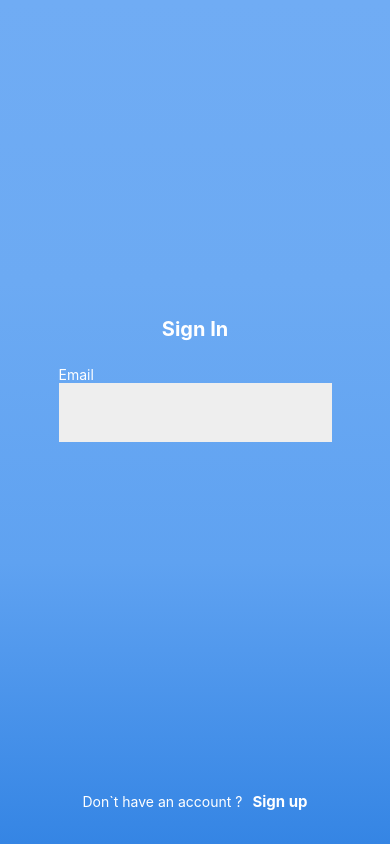
Repository: kamarajcalm/loginpage
Screen: /
An editor plug-in stored every save of this project. The screen is shown before and after the next save, followed by the edit.
The app was drawn by React Native's web renderer in a window 390 px wide. The project was rebuilt for these pictures with package versions that can differ from the ones it lists, and the page was loaded fresh each time.

Above is the screen before, as saved 2021-12-25 23:59:33.

After the next save:
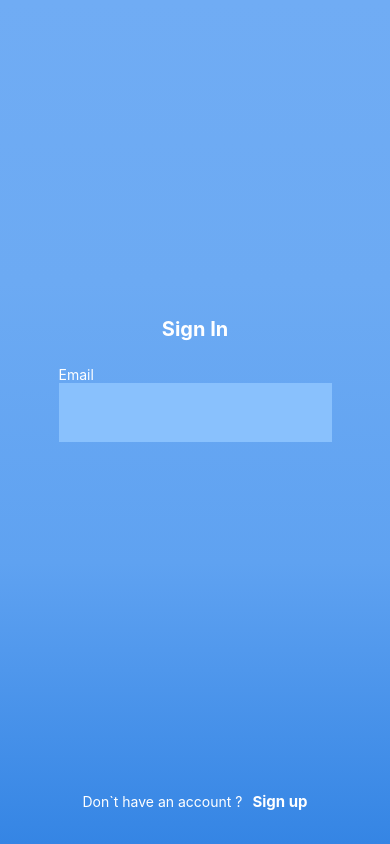
Saved 46 s later.
--- a/App.js
+++ b/App.js
@@ -63,7 +63,7 @@ const styles = StyleSheet.create({
     height: height * 0.07,
     width: width * 0.7,
     flexDirection: "row",
-    backgroundColor: "#eee"
+    backgroundColor: "#89C1FD"
   },
   text: {
     color: "#fff"
